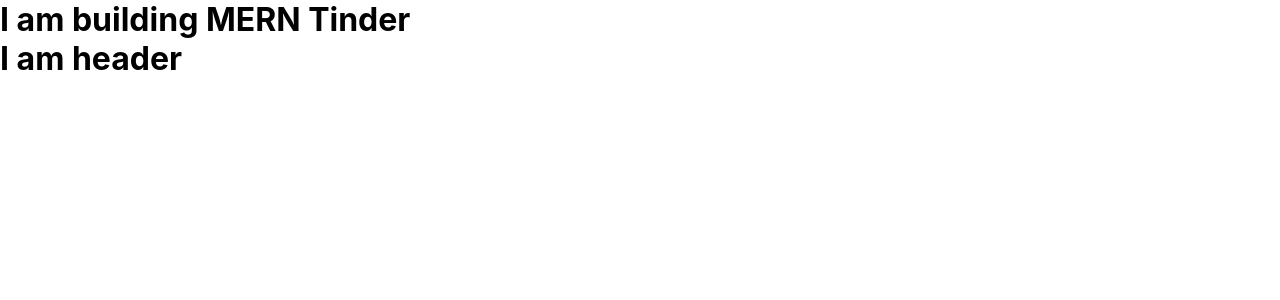
Repository: exiled-kal/TinderApp
Page: /
The author's editor kept a copy of each file at every save. The page is drawn from the files as they stood at one save, then again after the next save.
The browser window is 1280 px wide. The pictures show the whole page.
The project was rebuilt for these pictures with package versions that can differ from the ones it lists, and the page was loaded fresh each time. Also part of the build but not shown: src/App.css, src/Header.css.

Above is the page before, as saved 2020-09-14 22:27:12.

### src/App.js
import React from 'react';
import './App.css';
import Header from './Header';

function App() {
  return (
    <div className="app">
      <h1>I am building MERN Tinder</h1>
      {/* Header */}
      <Header />
      {/* TinderCards */}
      {/* SwipeButtons */}
    </div>
  );
}

export default App;

### src/Header.js
import React from 'react';
import './Header.css';

function Header() {
  return (
    <div className="header">
      <h1>I am header</h1>
    </div>
  );
}

export default Header;

Loaded but not shown: public/index.html (common file); src/index.js (common file); src/index.css (common file); src/serviceWorker.js (common file)

After the next save:
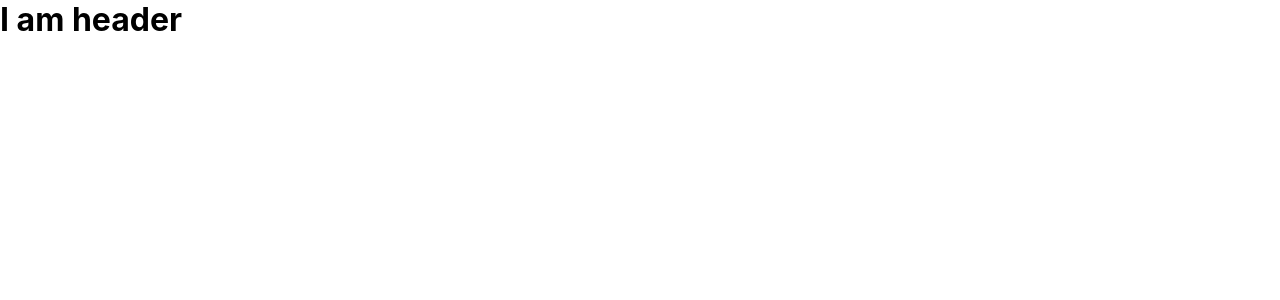
Saved 8 s later.
--- a/src/App.js
+++ b/src/App.js
@@ -5,7 +5,6 @@
 function App() {
   return (
     <div className="app">
-      <h1>I am building MERN Tinder</h1>
       {/* Header */}
       <Header />
       {/* TinderCards */}
